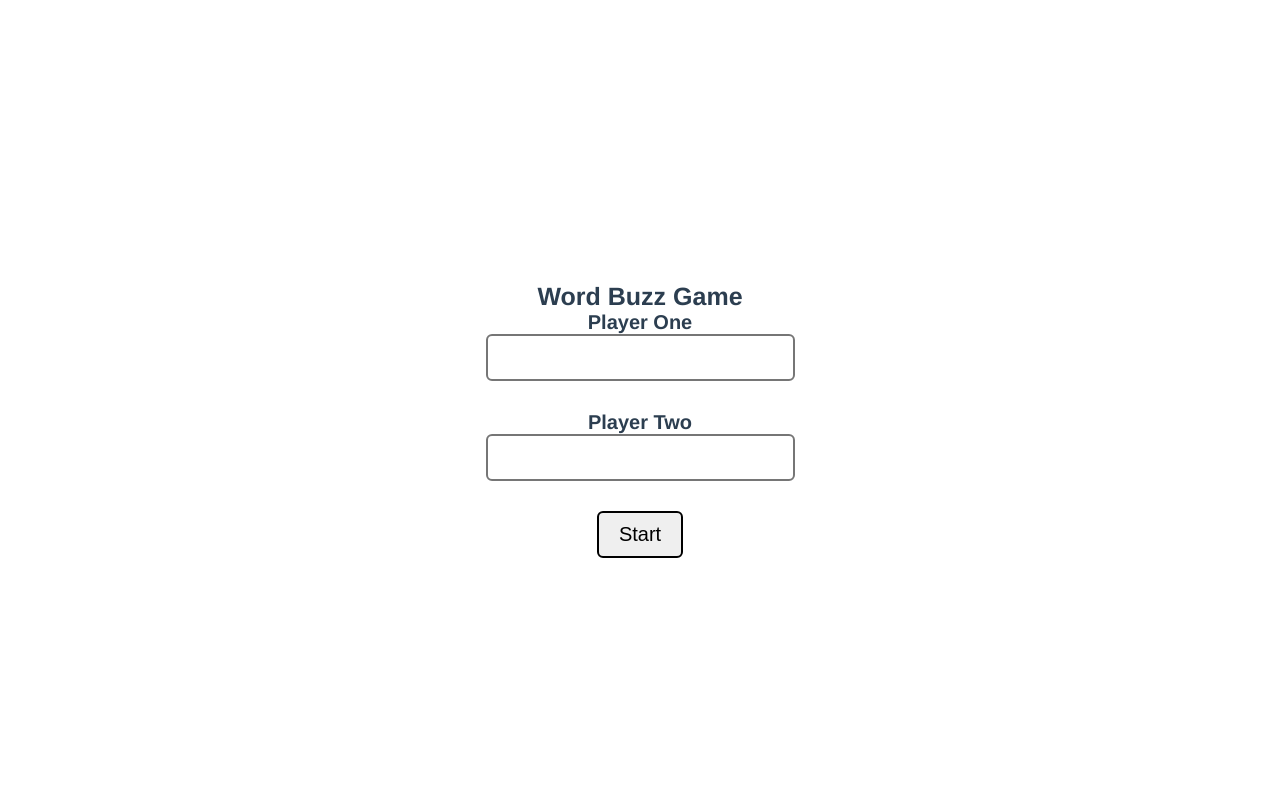
Repository: victorighalo/word-buzz-vue
Page: /
An editor plug-in stored every save of this project. The page is shown before and after the next save, followed by the edit.
The browser window is 1280 px wide. The pictures show the whole page.
The project was rebuilt for these pictures with package versions that can differ from the ones it lists, and the page was loaded fresh each time. Also part of the build but not shown: vue.config.js.

Above is the page before, as saved 2021-09-19 23:01:15.

After the next save:
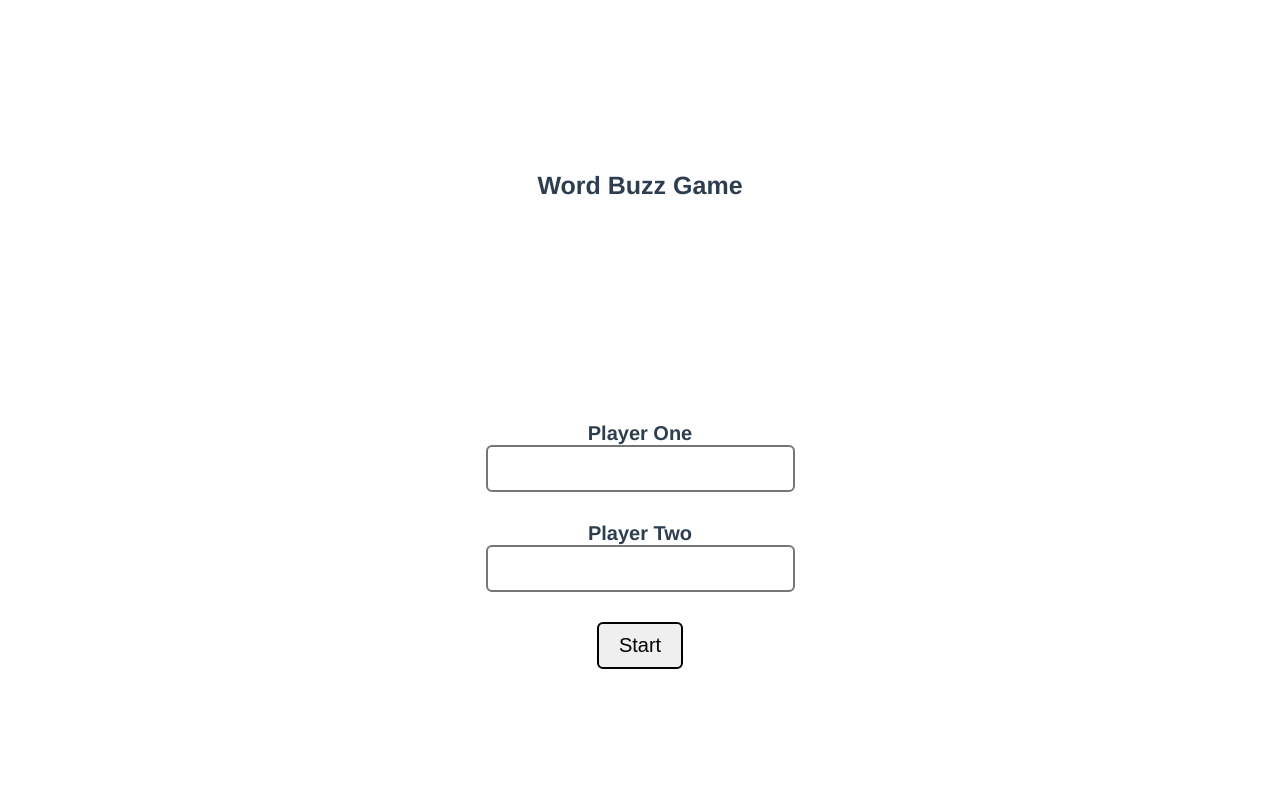
Saved 4 s later.
--- a/src/App.vue
+++ b/src/App.vue
@@ -70,7 +70,7 @@
 }
 .game > .container{
         width: 50%;
-        height:100%
+        height:100%;
     display: flex;
     justify-content: space-around;
     align-items: center;

After the save that followed:
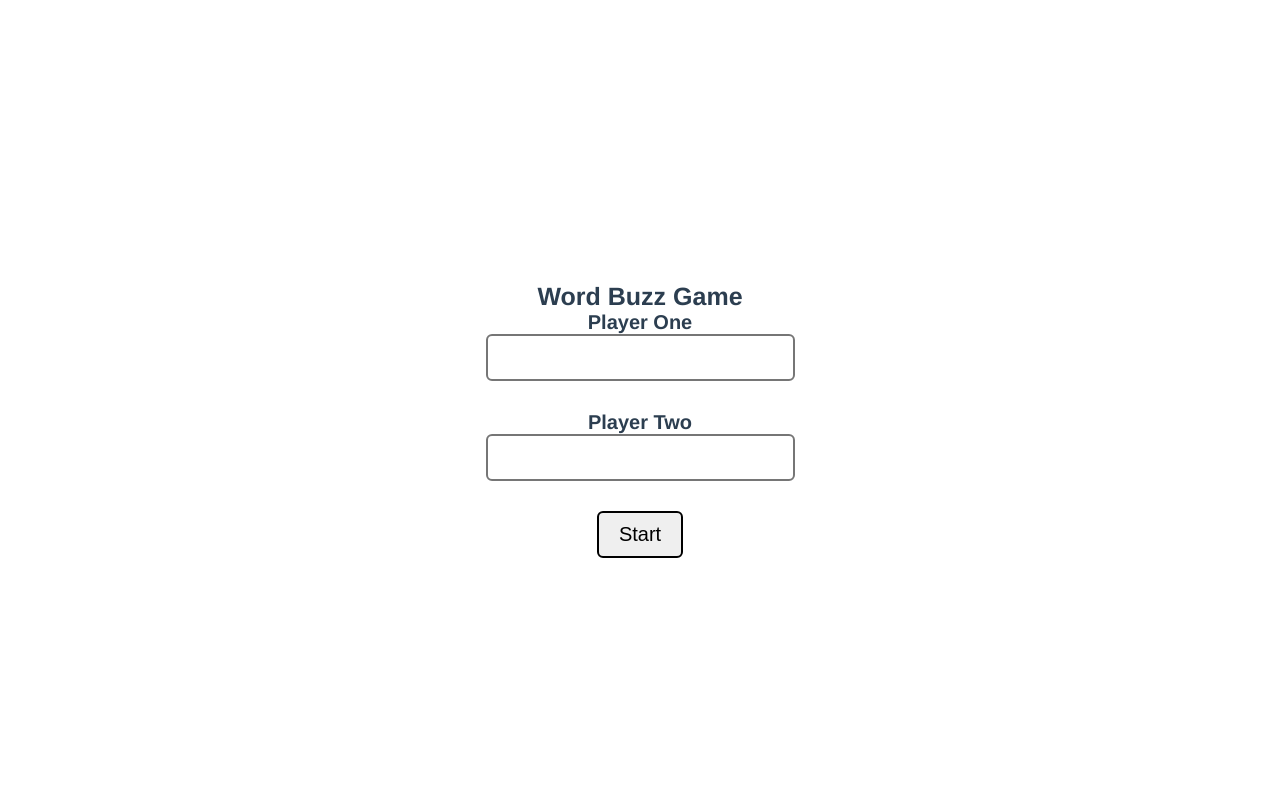
Saved 27 s later.
--- a/src/App.vue
+++ b/src/App.vue
@@ -68,9 +68,11 @@
     flex-direction: row;
     height:100%
 }
+.game > .header{
+
+}
 .game > .container{
         width: 50%;
-        height:100%;
     display: flex;
     justify-content: space-around;
     align-items: center;
